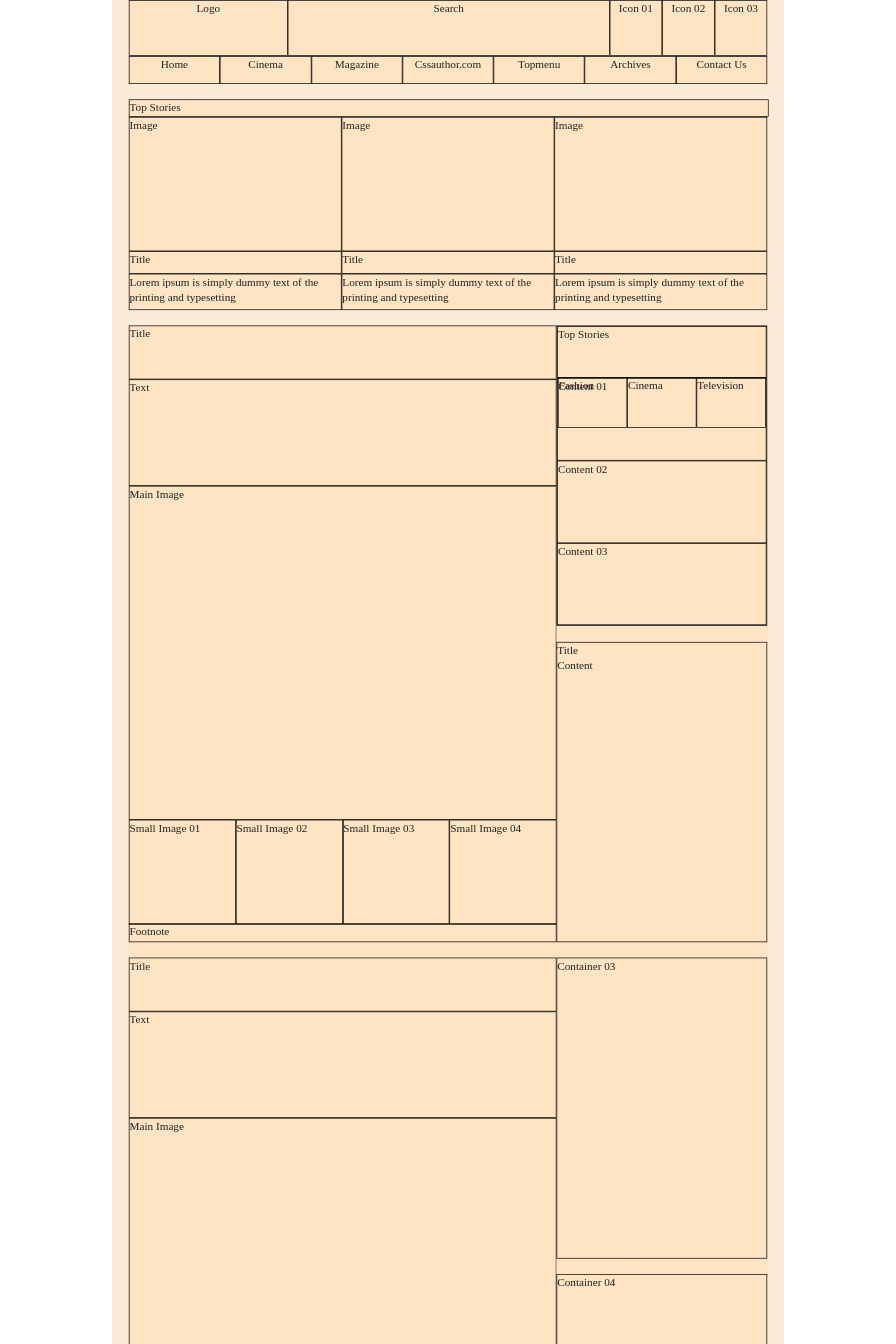
Repository: giovanabirck/cover-magazine-giovanabirck
Page: index.html
The author's editor kept a copy of each file at every save. The page is drawn from the files as they stood at one save, then again after a run of saves.
The browser window is 1280 px wide. The pictures show the part of the page from y = 0 to 1920 px (the page is 5000 px tall), at 70% of full size.

Above is the page before, as saved 2023-01-14 12:14:22.

### index.html
<!doctype html>
<html class="no-js" lang="">

<head>
  <meta charset="utf-8">
  <title></title>
  <meta name="description" content="">
  <meta name="viewport" content="width=device-width, initial-scale=1">

  <meta property="og:title" content="">
  <meta property="og:type" content="">
  <meta property="og:url" content="">
  <meta property="og:image" content="">

  <link rel="manifest" href="site.webmanifest">
  <link rel="apple-touch-icon" href="icon.png">
  <!-- Place favicon.ico in the root directory -->

  <link rel="stylesheet" href="css/normalize.css">
  <link rel="stylesheet" href="css/main.css">

  <meta name="theme-color" content="#fafafa">
</head>

<body>

  <div class="main-container">

    <div class="header">
      <div class="header-content">
        <div class="header-content-logo">Logo</div>
        <div class="header-content-search">Search</div>
        <div class="header-content-icons">
          <div class="header-content-icons-un">Icon 01</div>
          <div class="header-content-icons-un">Icon 02</div>
          <div class="header-content-icons-un">Icon 03</div>
        </div>
      </div>
      <div class="header-menu">
        <div class="header-menu-un">Home</div>
        <div class="header-menu-un">Cinema</div>
        <div class="header-menu-un">Magazine</div>
        <div class="header-menu-un">Cssauthor.com</div>
        <div class="header-menu-un">Topmenu</div>
        <div class="header-menu-un">Archives</div>
        <div class="header-menu-un">Contact Us</div>
      </div>
    </div>

    <br>

    <div class="featured">
      <div class="featured-h1">Top Stories</div>
      <div class="featured-stories">
        <div class="featured-stories-un">
          <div class="featured-stories-un-image">Image</div>
          <div class="featured-stories-un-title">Title</div>
          <div class="featured-stories-un-text">Lorem ipsum is simply dummy text of the printing and typesetting</div>
        </div>
        <div class="featured-stories-un">
          <div class="featured-stories-un-image">Image</div>
          <div class="featured-stories-un-title">Title</div>
          <div class="featured-stories-un-text">Lorem ipsum is simply dummy text of the printing and typesetting</div>
        </div>
        <div class="featured-stories-un">
          <div class="featured-stories-un-image">Image</div>
          <div class="featured-stories-un-title">Title</div>
          <div class="featured-stories-un-text">Lorem ipsum is simply dummy text of the printing and typesetting</div>
        </div>
      </div>
    </div>

    <br>

    <div class="main">
      <div class="main-content">
        <div class="main-content-un">
          <div class="main-content-un-title">Title</div>
          <div class="main-content-un-text">Text</div>
          <div class="main-content-un-images">
            <div class="main-content-un-images-large">Main Image</div>
            <div class="main-content-un-images-small">
              <div class="main-content-un-images-small-un">Small Image 01</div>
              <div class="main-content-un-images-small-un">Small Image 02</div>
              <div class="main-content-un-images-small-un">Small Image 03</div>
              <div class="main-content-un-images-small-un">Small Image 04</div>
            </div>
          </div>
          <div class="main-content-un-footnote">Footnote</div>
        </div>

        <br>

        <div class="main-content-un">
          <div class="main-content-un-title">Title</div>
          <div class="main-content-un-text">Text</div>
          <div class="main-content-un-images">
            <div class="main-content-un-images-large">Main Image</div>
            <div class="main-content-un-images-small">
              <div class="main-content-un-images-small-un">Small Image 01</div>
              <div class="main-content-un-images-small-un">Small Image 02</div>
              <div class="main-content-un-images-small-un">Small Image 03</div>
              <div class="main-content-un-images-small-un">Small Image 04</div>
            </div>
          </div>
          <div class="main-content-un-footnote">Footnote</div>
        </div>
      </div>
      <div class="main-side">
        <div class="main-side-container">
          <div class="main-side-container01-title">
            <div class="main-side-container01-title-un">Top Stories</div>
            <div class="main-side-container01-title-un">
              <div class="main-side-container01-title-un-fashion">Fashion</div>
              <div class="main-side-container01-title-un-cinema">Cinema</div>
              <div class="main-side-container01-title-un-television">Television</div>
            </div>
          </div>
          <div class="main-side-container01-content">
            <div class="main-side-container01-content-un">Content 01</div>
            <div class="main-side-container01-content-un">Content 02</div>
            <div class="main-side-container01-content-un">Content 03</div>
          </div>
        </div>

        <br>

        <div class="main-side-container">
          <div>Title</div>
          <div>Content</div>
        </div>

        <br>

        <div class="main-side-container">Container 03</div>

        <br>

        <div class="main-side-container">Container 04</div>
      </div>
    </div>



  </div>

  <script src="js/vendor/modernizr-3.11.2.min.js"></script>
  <script src="js/plugins.js"></script>
  <script src="js/main.js"></script>

  <!-- Google Analytics: change UA-XXXXX-Y to be your site's ID. -->
  <script>
    window.ga = function () { ga.q.push(arguments) }; ga.q = []; ga.l = +new Date;
    ga('create', 'UA-XXXXX-Y', 'auto'); ga('set', 'anonymizeIp', true); ga('set', 'transport', 'beacon'); ga('send', 'pageview')
  </script>
  <script src="https://www.google-analytics.com/analytics.js" async></script>
</body>

</html>

### css/main.css
/*! HTML5 Boilerplate v8.0.0 | MIT License | https://html5boilerplate.com/ */

/* main.css 2.1.0 | MIT License | https://github.com/h5bp/main.css#readme */
/*
 * What follows is the result of much research on cross-browser styling.
 * Credit left inline and big thanks to Nicolas Gallagher, Jonathan Neal,
 * Kroc Camen, and the H5BP dev community and team.
 */

/* ==========================================================================
   Base styles: opinionated defaults
   ========================================================================== */

html {
  color: #222;
  font-size: 1em;
  line-height: 1.4;
  margin: 0px 160px 0px 160px;
}

/*
 * Remove text-shadow in selection highlight:
 * https://twitter.com/miketaylr/status/12228805301
 *
 * Vendor-prefixed and regular ::selection selectors cannot be combined:
 * https://stackoverflow.com/a/16982510/7133471
 *
 * Customize the background color to match your design.
 */

::-moz-selection {
  background: #b3d4fc;
  text-shadow: none;
}

::selection {
  background: #b3d4fc;
  text-shadow: none;
}

/*
 * A better looking default horizontal rule
 */

hr {
  display: block;
  height: 1px;
  border: 0;
  border-top: 1px solid #ccc;
  margin: 1em 0;
  padding: 0;
}

/*
 * Remove the gap between audio, canvas, iframes,
 * images, videos and the bottom of their containers:
 * https://github.com/h5bp/html5-boilerplate/issues/440
 */

audio,
canvas,
iframe,
img,
svg,
video {
  vertical-align: middle;
}

/*
 * Remove default fieldset styles.
 */

fieldset {
  border: 0;
  margin: 0;
  padding: 0;
}

/*
 * Allow only vertical resizing of textareas.
 */

textarea {
  resize: vertical;
}

/* ==========================================================================
   Author's custom styles
   ========================================================================== */

/* ==========================================================================
   Helper classes
   ========================================================================== */

/*
 * Hide visually and from screen readers
 */

.hidden,
[hidden] {
  display: none !important;
}

/*
 * Hide only visually, but have it available for screen readers:
 * https://snook.ca/archives/html_and_css/hiding-content-for-accessibility
 *
 * 1. For long content, line feeds are not interpreted as spaces and small width
 *    causes content to wrap 1 word per line:
 *    https://medium.com/@jessebeach/beware-smushed-off-screen-accessible-text-5952a4c2cbfe
 */

.sr-only {
  border: 0;
  clip: rect(0, 0, 0, 0);
  height: 1px;
  margin: -1px;
  overflow: hidden;
  padding: 0;
  position: absolute;
  white-space: nowrap;
  width: 1px;
  /* 1 */
}

/*
 * Extends the .sr-only class to allow the element
 * to be focusable when navigated to via the keyboard:
 * https://www.drupal.org/node/897638
 */

.sr-only.focusable:active,
.sr-only.focusable:focus {
  clip: auto;
  height: auto;
  margin: 0;
  overflow: visible;
  position: static;
  white-space: inherit;
  width: auto;
}

/*
 * Hide visually and from screen readers, but maintain layout
 */

.invisible {
  visibility: hidden;
}

/*
 * Clearfix: contain floats
 *
 * For modern browsers
 * 1. The space content is one way to avoid an Opera bug when the
 *    `contenteditable` attribute is included anywhere else in the document.
 *    Otherwise it causes space to appear at the top and bottom of elements
 *    that receive the `clearfix` class.
 * 2. The use of `table` rather than `block` is only necessary if using
 *    `:before` to contain the top-margins of child elements.
 */

.clearfix::before,
.clearfix::after {
  content: " ";
  display: table;
}

.clearfix::after {
  clear: both;
}

/* ==========================================================================
   EXAMPLE Media Queries for Responsive Design.
   These examples override the primary ('mobile first') styles.
   Modify as content requires.
   ========================================================================== */

@media only screen and (min-width: 35em) {
  /* Style adjustments for viewports that meet the condition */
}

@media print,
  (-webkit-min-device-pixel-ratio: 1.25),
  (min-resolution: 1.25dppx),
  (min-resolution: 120dpi) {
  /* Style adjustments for high resolution devices */
}

/* ==========================================================================
   Print styles.
   Inlined to avoid the additional HTTP request:
   https://www.phpied.com/delay-loading-your-print-css/
   ========================================================================== */

@media print {
  *,
  *::before,
  *::after {
    background: #fff !important;
    color: #000 !important;
    /* Black prints faster */
    box-shadow: none !important;
    text-shadow: none !important;
  }

  a,
  a:visited {
    text-decoration: underline;
  }

  a[href]::after {
    content: " (" attr(href) ")";
  }

  abbr[title]::after {
    content: " (" attr(title) ")";
  }

  /*
   * Don't show links that are fragment identifiers,
   * or use the `javascript:` pseudo protocol
   */
  a[href^="#"]::after,
  a[href^="javascript:"]::after {
    content: "";
  }

  pre {
    white-space: pre-wrap !important;
  }

  pre,
  blockquote {
    border: 1px solid #999;
    page-break-inside: avoid;
  }

  /*
   * Printing Tables:
   * https://web.archive.org/web/20180815150934/http://css-discuss.incutio.com/wiki/Printing_Tables
   */
  thead {
    display: table-header-group;
  }

  tr,
  img {
    page-break-inside: avoid;
  }

  p,
  h2,
  h3 {
    orphans: 3;
    widows: 3;
  }

  h2,
  h3 {
    page-break-after: avoid;
  }
}

.main-container{
  background-color: antiquewhite;
  width: 100%;
  height: 5000px;
  display: flex;
  flex-direction: column;
  align-items: center;
}

.header {
  background-color: bisque;
  width: 95%;
  height: 120px;
  display: flex;
  flex-direction: column;
  justify-content: center;
}

.header-content{
  width: 100%;
  height: 80px;
  display: flex;
}

.header-content-logo{
  border: solid 1px black;
  width: 33%;
  text-align: center;
}

.header-content-search{
  border: solid 1px black;
  width: 67%;
  text-align: center;
}

.header-content-icons{
  width: 33%;
  text-align: center;
  display: flex;
}

.header-content-icons-un{
  border: solid 1px black;
  width: 100%;
  text-align: center;
}

.header-menu{
  background-color: bisque;
  width: 100%;
  height: 40px;
  text-align: center;
  display: flex;
}

.header-menu-un{
  border: solid 1px black;
  width: 100%;
  text-align: center;
}

.featured{
  background-color: bisque;
  width: 95%;
  height: 300px;
  display: flex;
  flex-direction: column;
}

.featured-h1{
  border: solid 1px black;
  width: 100%;
  height: 40px;
}

.featured-stories{
  width: 100%;
  height: 300px;
  display: flex;
}

.featured-stories-un-image{
  border: solid 1px black;
  height: 190px;
}

.featured-stories-un-title{
  border: solid 1px black;
  height: 30px;
}

.featured-stories-un-text{
  border: solid 1px black;
  height: 50px;
}

.main{
  width: 95%;
  height: 1785px;
  display: flex;
}

.main-content{
  background-color: bisque;
  width: 67%;
  height: 1785px;
  display: flex;
  flex-direction: column;
}

.main-content-un{
  width: 100%;
  height: 900px;
}

.main-content-un-title{
  border: solid 1px black;
  height: 75px;
}

.main-content-un-text{
  border: solid 1px black;
  height: 150px;
}

.main-content-un-images{
  height: 625px;
}

.main-content-un-images-large{
  border: solid 1px black;
  height: 475px;
}

.main-content-un-images-small{
  width: 100%;
  height: 150px;
  display: flex;
}

.main-content-un-images-small-un{
  border: solid 1px black;
  width: 100%;
}

.main-content-un-footnote{
  border: solid 1px black;
  height: 25px;
}

.main-side{
  background-color: bisque;
  width: 33%;
  height: 1785px;
  display: flex;
  flex-direction: column;
}

.main-side-container{
  border: solid 1px black;
  height: 100%;
  display: flex;
  flex-direction: column;
}

.main-side-container01-title{
  border: solid 1px black;
  height: 17%;
}

.main-side-container01-title-un{
  height: 100%;
  display: flex;
}

.main-side-container01-title-un-fashion{
  border: solid 1px black;
  width: 100%;
}

.main-side-container01-title-un-cinema{
  border: solid 1px black;
  width: 100%;
}

.main-side-container01-title-un-television{
  border: solid 1px black;
  width: 100%;
}

.main-side-container01-content{
  height: 83%;
  display: flex;
  flex-direction: column;
}

.main-side-container01-content-un{
  border: solid 1px black;
  height: 100%;
}

### js/plugins.js
// Avoid `console` errors in browsers that lack a console.
(function() {
  var method;
  var noop = function () {};
  var methods = [
    'assert', 'clear', 'count', 'debug', 'dir', 'dirxml', 'error',
    'exception', 'group', 'groupCollapsed', 'groupEnd', 'info', 'log',
    'markTimeline', 'profile', 'profileEnd', 'table', 'time', 'timeEnd',
    'timeline', 'timelineEnd', 'timeStamp', 'trace', 'warn'
  ];
  var length = methods.length;
  var console = (window.console = window.console || {});

  while (length--) {
    method = methods[length];

    // Only stub undefined methods.
    if (!console[method]) {
      console[method] = noop;
    }
  }
}());

// Place any jQuery/helper plugins in here.

Loaded but not shown: css/normalize.css (library); js/vendor/modernizr-3.11.2.min.js (library); js/main.js (no stored copy; drawn as an empty file)

After the next 2 saves:
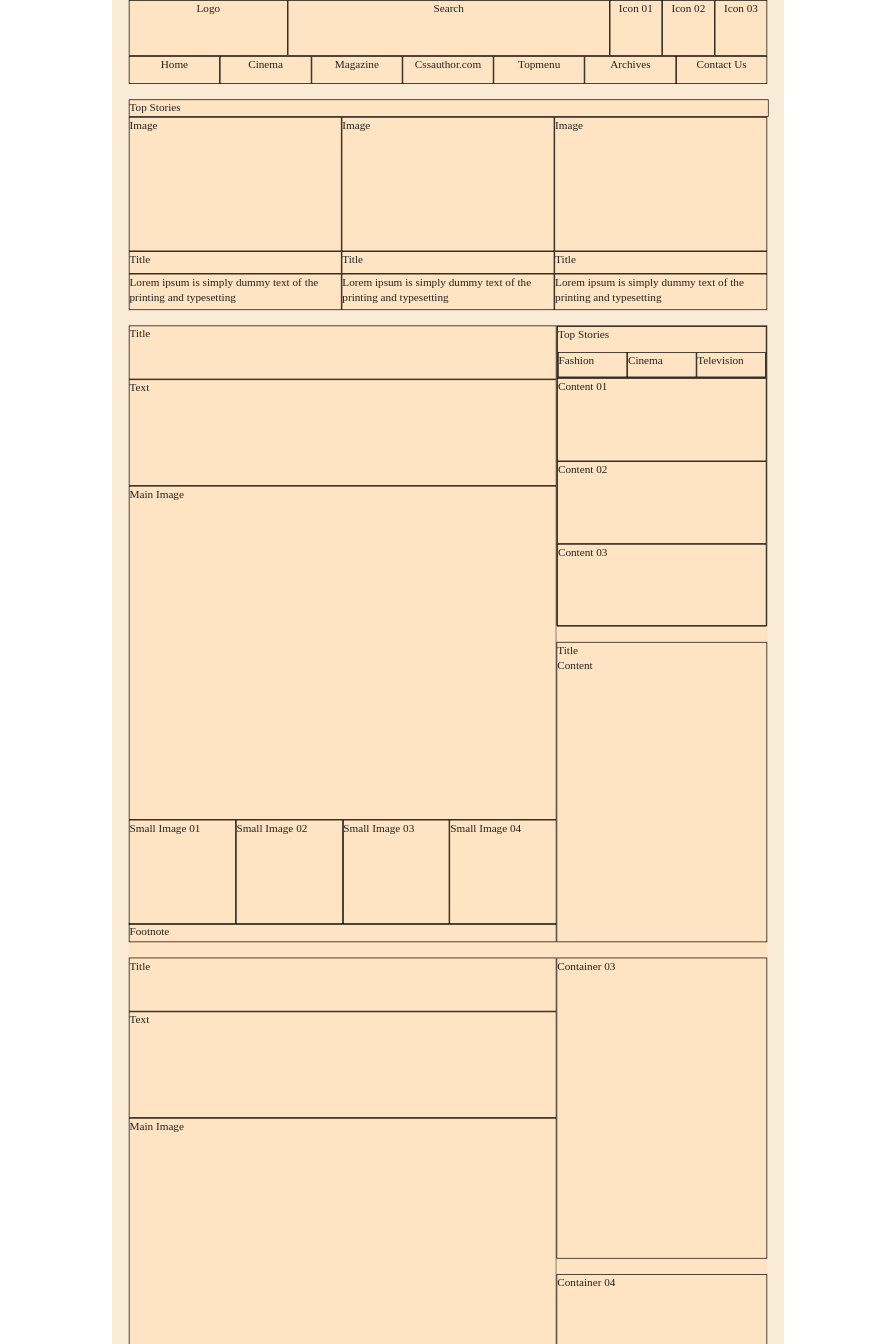
The 2 saves are shown as one change because they came seconds apart.
The last was saved 11 s later.
--- a/css/main.css
+++ b/css/main.css
@@ -424,13 +424,13 @@ textarea {
 .main-side-container{
   border: solid 1px black;
   height: 100%;
-  display: flex;
-  flex-direction: column;
 }
 
 .main-side-container01-title{
   border: solid 1px black;
   height: 17%;
+  display: flex;
+  flex-direction: column;
 }
 
 .main-side-container01-title-un{
